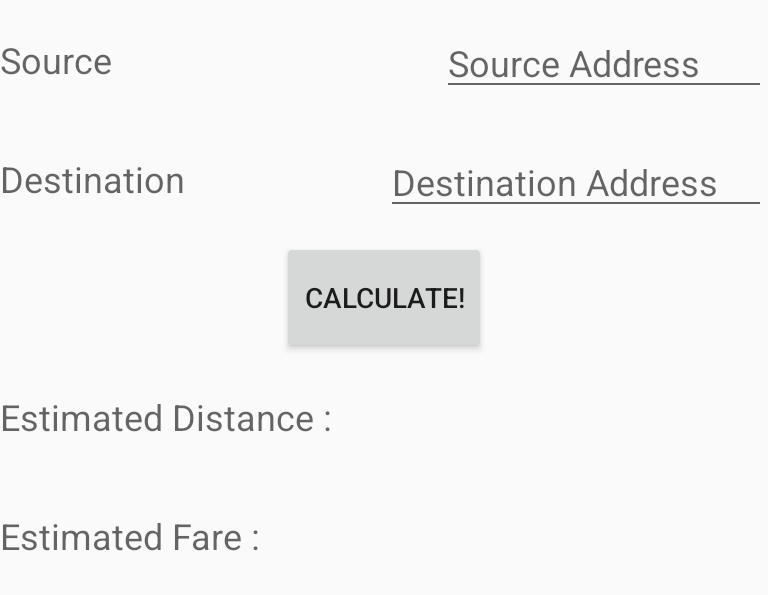
Repository: cravindra/autofareprototype
Layout: AutoFarePrototype/res/layout/activity_main.xml
An editor plug-in stored every save of this project. The layout is shown before and after the next save, followed by the edit.
The pictures show rows 685 to 1280 of an output 1280 px tall.
It is drawn on a 768 x 1280 px phone screen (xhdpi) without system bars, with theme AppTheme; the app's code is not run.

Above is the layout before, as saved 2014-07-17 09:21:42.

After the next save:
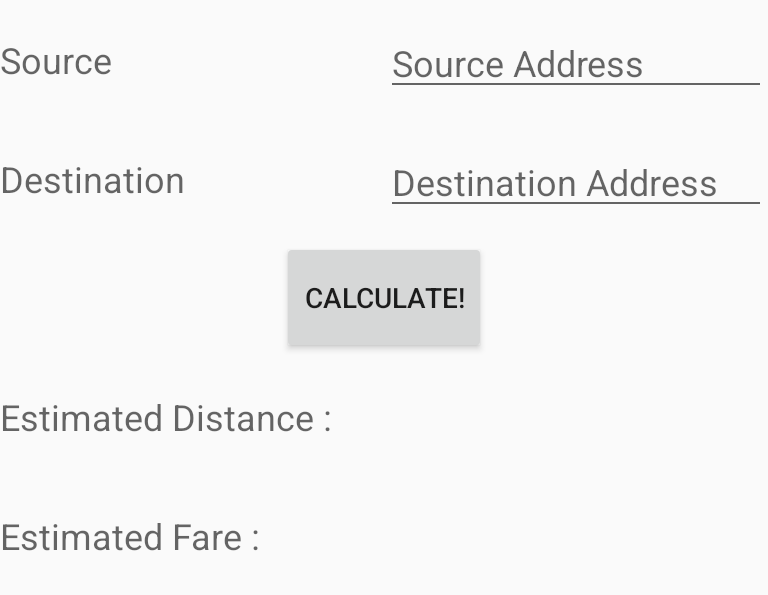
Saved 9 s later.
--- a/AutoFarePrototype/res/layout/activity_main.xml
+++ b/AutoFarePrototype/res/layout/activity_main.xml
@@ -31,7 +31,7 @@
 
             <TextView
                 android:id="@+id/tv_src"
-                android:layout_width="wrap_content"
+                android:layout_width="0dp"
                 android:layout_height="wrap_content"
                 android:text="@string/src_string"
                 android:textAppearance="?android:attr/textAppearanceMedium"
